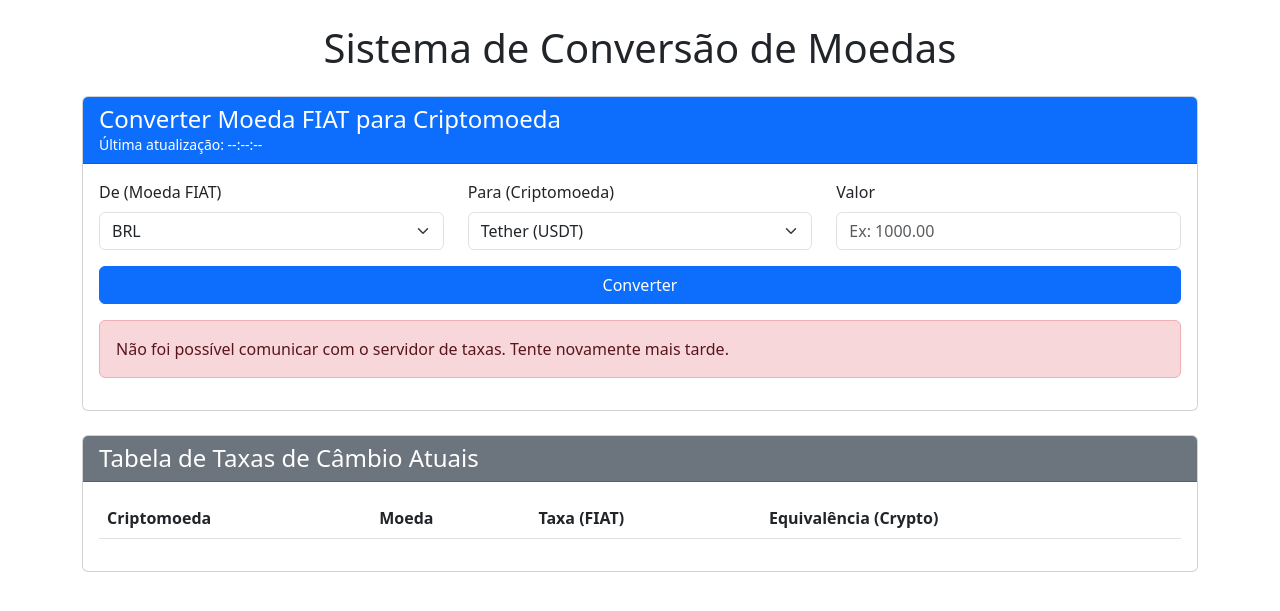
Repository: victorvilanova/crypto-convert-system
Page: index.html
The author's editor kept a copy of each file at every save. The page is drawn from the files as they stood at one save, then again after the next save.
The browser window is 1280 px wide. The pictures show the whole page.
The page's requests for data from a server got no answer.

Above is the page before, as saved 2025-04-10 18:53:12.

### index.html
<!DOCTYPE html>
<html lang="pt-br">
  <head>
    <meta charset="UTF-8" />
    <meta name="viewport" content="width=device-width, initial-scale=1.0" />
    <title>Sistema de Conversão FIAT para Criptomoedas</title>
    <link
      href="https://cdn.jsdelivr.net/npm/bootstrap@5.3.0/dist/css/bootstrap.min.css"
      rel="stylesheet"
    />
    <link rel="stylesheet" href="assets/css/style.css" />
  </head>
  <body>
    <div class="container mt-4">
      <div class="row">
        <div class="col-md-12">
          <h1 class="text-center mb-4">Sistema de Conversão de Moedas</h1>
          <div class="card mb-4">
            <div class="card-header bg-primary text-white">
              <h2 class="h4 mb-0">Converter Moeda FIAT para Criptomoeda</h2>
              <div class="small">
                Última atualização: <span id="lastUpdate">--:--:--</span>
              </div>
            </div>
            <div class="card-body">
              <form id="converterForm">
                <div class="row mb-3">
                  <div class="col-md-4">
                    <label for="fromCurrency" class="form-label"
                      >De (Moeda FIAT)</label
                    >
                    <select id="fromCurrency" class="form-select" required>
                      <!-- Opções serão preenchidas pelo JavaScript -->
                    </select>
                  </div>
                  <div class="col-md-4">
                    <label for="toCrypto" class="form-label"
                      >Para (Criptomoeda)</label
                    >
                    <select id="toCrypto" class="form-select" required>
                      <!-- Opções serão preenchidas pelo JavaScript -->
                    </select>
                  </div>
                  <div class="col-md-4">
                    <label for="amount" class="form-label">Valor</label>
                    <input
                      type="number"
                      id="amount"
                      class="form-control"
                      step="0.01"
                      min="0.01"
                      required
                      placeholder="Ex: 1000.00"
                    />
                  </div>
                </div>
                <div class="d-grid">
                  <button type="button" id="convertBtn" class="btn btn-primary">
                    Converter
                  </button>
                </div>
              </form>

              <div id="loading" class="text-center my-3" style="display: none">
                <div class="spinner-border text-primary" role="status">
                  <span class="visually-hidden">Carregando...</span>
                </div>
                <p class="mt-2">Processando, aguarde...</p>
              </div>

              <div id="result" class="mt-3" style="display: none">
                <!-- Resultado será exibido aqui pelo JavaScript -->
              </div>

              <div id="error" class="mt-3" style="display: none">
                <!-- Erros serão exibidos aqui pelo JavaScript -->
              </div>
            </div>
          </div>

          <!-- Tabela de Taxas de Câmbio -->
          <div class="card">
            <div class="card-header bg-secondary text-white">
              <h2 class="h4 mb-0">Tabela de Taxas de Câmbio Atuais</h2>
            </div>
            <div class="card-body">
              <div class="table-responsive">
                <table class="table table-striped table-hover">
                  <thead>
                    <tr>
                      <th>Criptomoeda</th>
                      <th>Moeda</th>
                      <th>Taxa (FIAT)</th>
                      <th>Equivalência (Crypto)</th>
                    </tr>
                  </thead>
                  <tbody id="ratesTableBody">
                    <!-- Taxas serão preenchidas pelo JavaScript -->
                  </tbody>
                </table>
              </div>
            </div>
          </div>
        </div>
      </div>
    </div>

    <!-- Importando o ponto de entrada da aplicação como um módulo ES6 -->
    <script type="module" src="assets/js/app.js"></script>
  </body>
</html>

### assets/css/style.css
/*** CSS para o banner de KYC ***/
.kyc-banner {
  width: 100%;
  background-color: #fff3cd;
  border: 1px solid #ffeeba;
  margin-bottom: 20px;
  border-radius: 8px;
  box-shadow: 0 2px 8px rgba(0, 0, 0, 0.1);
  animation: fadeInDown 0.5s ease;
}

.kyc-banner-content {
  display: flex;
  align-items: center;
  padding: 16px;
  position: relative;
}

.kyc-banner-icon {
  color: #e4a11b;
  font-size: 24px;
  margin-right: 16px;
  display: flex;
  align-items: center;
  justify-content: center;
}

.kyc-banner-text {
  flex: 1;
}

.kyc-banner-text h3 {
  margin: 0 0 4px 0;
  font-size: 18px;
  color: #856404;
}

.kyc-banner-text p {
  margin: 0;
  color: #856404;
}

.btn-start-kyc-banner {
  margin-left: 16px;
  white-space: nowrap;
  background-color: #ffc107;
  border-color: #ffc107;
  color: #212529;
}

.btn-start-kyc-banner:hover {
  background-color: #e0a800;
  border-color: #d39e00;
}

.kyc-banner-close {
  position: absolute;
  top: 8px;
  right: 8px;
  background: none;
  border: none;
  color: #856404;
  font-size: 20px;
  cursor: pointer;
  padding: 0;
  line-height: 1;
}

@keyframes fadeInDown {
  from {
    opacity: 0;
    transform: translateY(-20px);
  }
  to {
    opacity: 1;
    transform: translateY(0);
  }
}

### assets/js/app.js
/**
 * app.js
 * Ponto de entrada principal da aplicação
 */
import CryptoController from './controllers/CryptoController.js';

// Inicializa a aplicação quando o DOM estiver carregado
document.addEventListener('DOMContentLoaded', () => {
  // Cria e inicializa o controlador principal
  const cryptoApp = new CryptoController();

  // Inicializa a aplicação
  cryptoApp.init();

  // Armazena a instância do controlador no objeto window para depuração (opcional)
  window.cryptoApp = cryptoApp;

  console.log('Crypto Convert System inicializado com sucesso!');
});

### assets/js/models/CryptoModel.js
/**
 * CryptoModel.js
 * Responsável por gerenciar os dados de criptomoedas e fazer chamadas à API
 */
import CacheManager from '../utils/CacheManager.js';
import ErrorHandler from '../utils/ErrorHandler.js';
import Validator from '../utils/Validator.js';

export default class CryptoModel {
  constructor() {
    this.rates = {};
    this.apiKey = '12345ABCDE'; // Idealmente, isso deveria ser obtido de um arquivo de configuração seguro
    this.baseUrl = 'https://api.coingecko.com/api/v3';
    this.supportedCurrencies = ['USD', 'EUR', 'BRL', 'GBP', 'JPY'];
    this.supportedCryptos = ['tether', 'bitcoin', 'ethereum', 'litecoin', 'ripple', 'cardano'];
    this.defaultCurrency = 'BRL';
    this.defaultCrypto = 'tether';

    // Instâncias dos utilitários
    this.cacheManager = new CacheManager(15); // TTL de 15 minutos
    this.errorHandler = new ErrorHandler();

    // Chave para cache de taxas
    this.ratesCacheKey = 'current_rates';
  }

  /**
   * Busca as taxas de câmbio atualizadas da API
   * @returns {Promise} Promise com as taxas de câmbio
   */
  async fetchRates() {
    try {
      // Verifica se temos dados em cache primeiro
      const cachedRates = this.cacheManager.getItem(this.ratesCacheKey);

      if (cachedRates) {
        this.rates = cachedRates;
        console.log('Usando taxas em cache');
        return this.rates;
      }

      // Caso não tenha cache, busca da API
      const cryptoIds = this.supportedCryptos.join(',');
      const currencies = this.supportedCurrencies.join(',').toLowerCase();

      const response = await fetch(
        `${this.baseUrl}/simple/price?ids=${cryptoIds}&vs_currencies=${currencies}`
      );

      if (!response.ok) {
        throw new Error(`API error: ${response.status}`);
      }

      const data = await response.json();
      this.rates = data;

      // Salva os dados no cache
      this.cacheManager.setItem(this.ratesCacheKey, this.rates);

      return this.rates;
    } catch (error) {
      const formattedError = this.errorHandler.handleError(error, 'fetchRates');
      throw new Error(formattedError.message);
    }
  }

  /**
   * Converte um valor de uma moeda fiduciária para uma criptomoeda
   * @param {string} fromCurrency - A moeda fiduciária de origem
   * @param {string} toCrypto - A criptomoeda de destino
   * @param {number} amount - O valor a ser convertido
   * @returns {number} O valor convertido
   */
  convert(fromCurrency, toCrypto, amount) {
    try {
      // Validação das entradas
      Validator.validateCurrencyCode(fromCurrency, this.supportedCurrencies);
      Validator.validateCurrencyCode(toCrypto, this.supportedCryptos);
      Validator.validateAmount(amount);

      if (!this.rates[toCrypto] || !this.rates[toCrypto][fromCurrency.toLowerCase()]) {
        throw new Error(`Taxa de conversão não disponível para ${fromCurrency} para ${toCrypto}`);
      }

      const rate = this.rates[toCrypto][fromCurrency.toLowerCase()];
      // A conversão de FIAT para cripto é dividindo o valor pelo rate
      return amount / rate;
    } catch (error) {
      const formattedError = this.errorHandler.handleError(error, 'convert');
      throw new Error(formattedError.message);
    }
  }

  /**
   * Retorna uma tabela com todas as taxas de conversão atuais
   * @returns {Array} Array de objetos com as taxas de conversão
   */
  getAllRates() {
    const ratesTable = [];

    this.supportedCryptos.forEach(crypto => {
      if (this.rates[crypto]) {
        this.supportedCurrencies.forEach(currency => {
          const rate = this.rates[crypto][currency.toLowerCase()];
          if (rate) {
            ratesTable.push({
              crypto: crypto,
              currency: currency,
              rate: rate
            });
          }
        });
      }
    });

    return ratesTable;
  }

  /**
   * Obtém as criptomoedas suportadas
   * @returns {string[]} Array de criptomoedas suportadas
   */
  getSupportedCryptos() {
    return this.supportedCryptos;
  }

  /**
   * Obtém as moedas fiduciárias suportadas
   * @returns {string[]} Array de moedas suportadas
   */
  getSupportedCurrencies() {
    return this.supportedCurrencies;
  }

  /**
   * Obtém a moeda fiduciária padrão
   * @returns {string} Moeda padrão
   */
  getDefaultCurrency() {
    return this.defaultCurrency;
  }

  /**
   * Obtém a criptomoeda padrão
   * @returns {string} Criptomoeda padrão
   */
  getDefaultCrypto() {
    return this.defaultCrypto;
  }

  /**
   * Limpa o cache de taxas para forçar uma atualização
   */
  clearRatesCache() {
    this.cacheManager.removeItem(this.ratesCacheKey);
  }
}

### assets/js/utils/PerformanceUtils.js
/**
 * PerformanceUtils.js
 * Utilitários para melhorar a performance da aplicação
 */
export default class PerformanceUtils {
  /**
   * Implementa função de debounce para limitar a frequência de execução
   * @param {Function} func - Função a ser executada
   * @param {number} wait - Tempo de espera em ms
   * @param {boolean} immediate - Se verdadeiro, executa no início em vez do final
   * @returns {Function} Função com debounce
   */
  static debounce(func, wait = 300, immediate = false) {
    let timeout;

    return function() {
      const context = this;
      const args = arguments;

      const later = function() {
        timeout = null;
        if (!immediate) func.apply(context, args);
      };

      const callNow = immediate && !timeout;
      clearTimeout(timeout);
      timeout = setTimeout(later, wait);

      if (callNow) func.apply(context, args);
    };
  }

  /**
   * Implementa função de throttle para limitar a frequência de execução
   * @param {Function} func - Função a ser executada
   * @param {number} limit - Limite de tempo em ms
   * @returns {Function} Função com throttle
   */
  static throttle(func, limit = 300) {
    let inThrottle;

    return function() {
      const args = arguments;
      const context = this;

      if (!inThrottle) {
        func.apply(context, args);
        inThrottle = true;
        setTimeout(() => inThrottle = false, limit);
      }
    };
  }

  /**
   * Detecta se a aplicação está rodando em um dispositivo com baixo poder de processamento
   * @returns {boolean} Verdadeiro se for um dispositivo de baixo desempenho
   */
  static isLowPowerDevice() {
    // Verificação básica baseada em características do hardware e navegador
    const maxTouchPoints = navigator.maxTouchPoints || 0;
    const memory = navigator.deviceMemory || 4; // Padrão é 4GB se não disponível
    const cpuCores = navigator.hardwareConcurrency || 4; // Padrão é 4 cores
    const isMobile = /Android|webOS|iPhone|iPad|iPod|BlackBerry|IEMobile|Opera Mini/i.test(navigator.userAgent);

    // Considera um dispositivo de baixa potência se for mobile e tiver recursos limitados
    return isMobile && (memory < 4 || cpuCores < 4);
  }

  /**
   * Ajusta a frequência de atualizações com base nas capacidades do dispositivo
   * @returns {number} Intervalo recomendado em milissegundos
   */
  static getRecommendedUpdateInterval() {
    const isLowPower = this.isLowPowerDevice();

    // Em dispositivos de baixa potência, atualizamos com menos frequência
    return isLowPower ? 3 * 60 * 1000 : 60 * 1000; // 3 minutos vs 1 minuto
  }
}

### assets/js/utils/CacheManager.js
/**
 * CacheManager.js
 * Utilitário para gerenciar cache de dados
 */
export default class CacheManager {
  constructor(ttlInMinutes = 10) {
    this.cacheKeyPrefix = 'crypto_convert_';
    this.defaultTtl = ttlInMinutes * 60 * 1000; // Convertendo minutos para milissegundos
  }

  /**
   * Salva dados no cache
   * @param {string} key - Chave para o item no cache
   * @param {any} data - Dados a serem armazenados
   * @param {number} ttl - Tempo de vida em ms (opcional)
   */
  setItem(key, data, ttl = this.defaultTtl) {
    const cacheItem = {
      data: data,
      expiry: Date.now() + ttl,
      timestamp: Date.now()
    };

    try {
      localStorage.setItem(this.cacheKeyPrefix + key, JSON.stringify(cacheItem));
      return true;
    } catch (error) {
      console.warn('Erro ao armazenar no cache:', error);
      return false;
    }
  }

  /**
   * Recupera dados do cache
   * @param {string} key - Chave do item no cache
   * @returns {any} Dados armazenados ou null se expirado ou não encontrado
   */
  getItem(key) {
    try {
      const cachedItem = localStorage.getItem(this.cacheKeyPrefix + key);

      if (!cachedItem) {
        return null;
      }

      const item = JSON.parse(cachedItem);

      // Verifica se o item expirou
      if (item.expiry < Date.now()) {
        this.removeItem(key);
        return null;
      }

      return item.data;
    } catch (error) {
      console.warn('Erro ao recuperar do cache:', error);
      return null;
    }
  }

  /**
   * Remove um item do cache
   * @param {string} key - Chave do item a ser removido
   */
  removeItem(key) {
    try {
      localStorage.removeItem(this.cacheKeyPrefix + key);
    } catch (error) {
      console.warn('Erro ao remover item do cache:', error);
    }
  }

  /**
   * Limpa todos os itens de cache da aplicação
   */
  clearCache() {
    try {
      // Remove apenas itens que pertencem a esta aplicação
      Object.keys(localStorage).forEach(key => {
        if (key.startsWith(this.cacheKeyPrefix)) {
          localStorage.removeItem(key);
        }
      });
    } catch (error) {
      console.warn('Erro ao limpar cache:', error);
    }
  }

  /**
   * Verifica a idade dos dados em cache
   * @param {string} key - Chave do item no cache
   * @returns {number} Idade em minutos ou -1 se não encontrado
   */
  getItemAge(key) {
    try {
      const cachedItem = localStorage.getItem(this.cacheKeyPrefix + key);

      if (!cachedItem) {
        return -1;
      }

      const item = JSON.parse(cachedItem);
      const ageInMs = Date.now() - item.timestamp;

      // Retorna idade em minutos
      return Math.floor(ageInMs / (60 * 1000));
    } catch (error) {
      return -1;
    }
  }
}

### assets/js/utils/ErrorHandler.js
/**
 * ErrorHandler.js
 * Utilitário para gerenciar erros da aplicação
 */
export default class ErrorHandler {
  constructor() {
    this.errorTypes = {
      API_ERROR: 'api_error',
      VALIDATION_ERROR: 'validation_error',
      CONVERSION_ERROR: 'conversion_error',
      NETWORK_ERROR: 'network_error',
      UNKNOWN_ERROR: 'unknown_error'
    };
  }

  /**
   * Processa um erro e retorna um objeto de erro formatado
   * @param {Error} error - O erro original
   * @param {string} context - O contexto onde o erro ocorreu
   * @returns {Object} Objeto de erro formatado
   */
  handleError(error, context = '') {
    // Determina o tipo de erro
    const errorType = this.determineErrorType(error);

    // Registra erro no console com informações adicionais
    console.error(`[${context}] ${errorType}:`, error);

    // Retorna um objeto de erro formatado e amigável
    return {
      type: errorType,
      message: this.getUserFriendlyMessage(error, errorType),
      originalError: error,
      timestamp: new Date()
    };
  }

  /**
   * Determina o tipo de erro
   * @param {Error} error - O erro a ser analisado
   * @returns {string} O tipo de erro
   */
  determineErrorType(error) {
    const { errorTypes } = this;

    if (!navigator.onLine) {
      return errorTypes.NETWORK_ERROR;
    }

    if (error.message.includes('API error') || error.message.includes('fetch')) {
      return errorTypes.API_ERROR;
    }

    if (error.message.includes('conversão') || error.message.includes('taxa')) {
      return errorTypes.CONVERSION_ERROR;
    }

    if (error.message.includes('válido') || error.message.includes('informe')) {
      return errorTypes.VALIDATION_ERROR;
    }

    return errorTypes.UNKNOWN_ERROR;
  }

  /**
   * Obtém uma mensagem de erro amigável para o usuário
   * @param {Error} error - O erro original
   * @param {string} errorType - O tipo de erro
   * @returns {string} Mensagem de erro amigável
   */
  getUserFriendlyMessage(error, errorType) {
    const { errorTypes } = this;

    const errorMessages = {
      [errorTypes.API_ERROR]: 'Não foi possível comunicar com o servidor de taxas. Tente novamente mais tarde.',
      [errorTypes.VALIDATION_ERROR]: error.message,
      [errorTypes.CONVERSION_ERROR]: 'Não foi possível realizar a conversão com os valores informados.',
      [errorTypes.NETWORK_ERROR]: 'Você parece estar offline. Verifique sua conexão com a internet.',
      [errorTypes.UNKNOWN_ERROR]: 'Ocorreu um erro inesperado. Por favor, tente novamente.'
    };

    return errorMessages[errorType] || error.message;
  }
}

### assets/js/utils/Validator.js
/**
 * Validator.js
 * Utilitário para validação de entradas do usuário
 */
export default class Validator {
  /**
   * Valida um valor de conversão
   * @param {number} amount - Valor a ser validado
   * @throws {Error} Se o valor for inválido
   */
  static validateAmount(amount) {
    // Verifica se é um número
    if (isNaN(amount)) {
      throw new Error('O valor precisa ser um número válido');
    }

    // Verifica valor positivo
    if (amount <= 0) {
      throw new Error('O valor precisa ser maior que zero');
    }

    // Verifica valor máximo para evitar problemas
    if (amount > 1000000000) {
      throw new Error('O valor é muito alto para conversão');
    }

    return true;
  }

  /**
   * Sanitiza uma string para evitar XSS
   * @param {string} input - String para sanitizar
   * @returns {string} String sanitizada
   */
  static sanitizeString(input) {
    if (typeof input !== 'string') {
      return '';
    }

    // Remove tags HTML e caracteres potencialmente perigosos
    return input
      .replace(/</g, '&lt;')
      .replace(/>/g, '&gt;')
      .replace(/"/g, '&quot;')
      .replace(/'/g, '&#39;')
      .replace(/`/g, '&#96;')
      .replace(/\$/g, '&#36;');
  }

  /**
   * Valida uma moeda ou criptomoeda
   * @param {string} code - Código da moeda/cripto
   * @param {string[]} allowedValues - Valores permitidos
   * @throws {Error} Se o código for inválido
   */
  static validateCurrencyCode(code, allowedValues) {
    // Verifica se é string
    if (typeof code !== 'string') {
      throw new Error('Código de moeda inválido');
    }

    // Sanitiza o código
    const sanitizedCode = this.sanitizeString(code);

    // Verifica se está na lista de valores permitidos
    if (!allowedValues.includes(sanitizedCode)) {
      throw new Error(`Moeda "${sanitizedCode}" não é suportada`);
    }

    return true;
  }
}

Loaded but not shown: assets/js/views/CryptoView.js (285 lines, source omitted); assets/js/controllers/CryptoController.js (205 lines, source omitted)

After the next save:
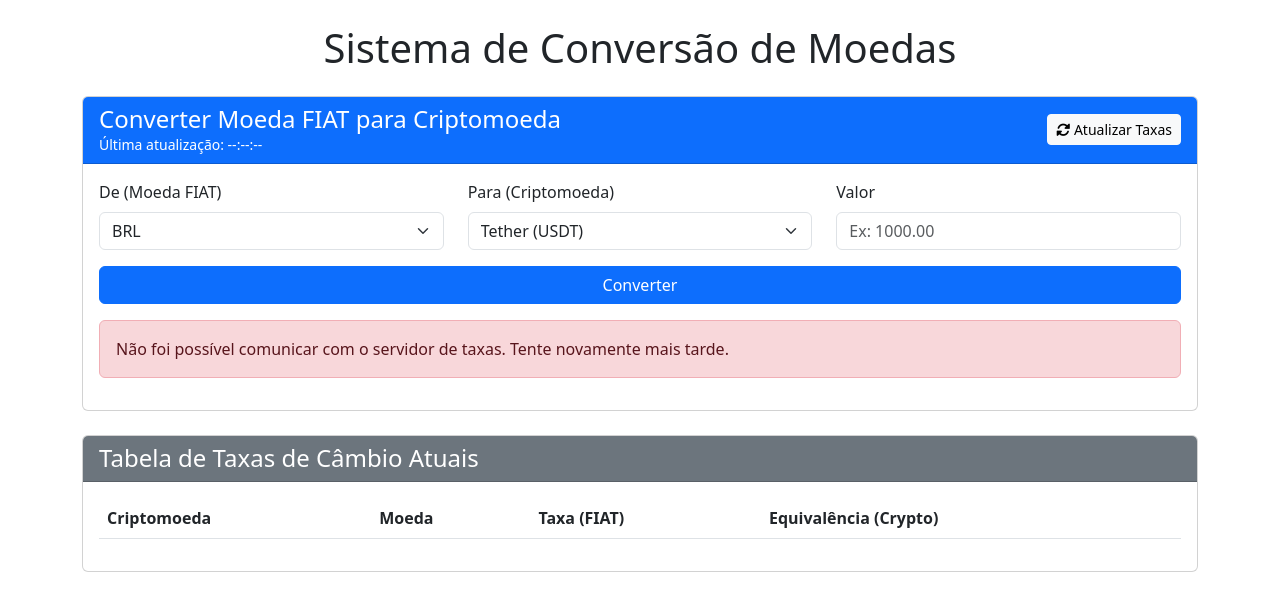
Saved 34 s later.
--- a/index.html
+++ b/index.html
@@ -11,16 +11,29 @@
     <link rel="stylesheet" href="assets/css/style.css" />
   </head>
   <body>
+    <div id="offlineAlert" class="alert alert-warning sticky-top" style="display: none;">
+      <strong>Você está offline!</strong> Os dados de taxas podem estar desatualizados.
+    </div>
+
     <div class="container mt-4">
       <div class="row">
         <div class="col-md-12">
           <h1 class="text-center mb-4">Sistema de Conversão de Moedas</h1>
+
+          <!-- Área de mensagens temporárias -->
+          <div id="message" class="mb-3" style="display: none;"></div>
+
           <div class="card mb-4">
-            <div class="card-header bg-primary text-white">
-              <h2 class="h4 mb-0">Converter Moeda FIAT para Criptomoeda</h2>
-              <div class="small">
-                Última atualização: <span id="lastUpdate">--:--:--</span>
+            <div class="card-header bg-primary text-white d-flex justify-content-between align-items-center">
+              <div>
+                <h2 class="h4 mb-0">Converter Moeda FIAT para Criptomoeda</h2>
+                <div class="small">
+                  Última atualização: <span id="lastUpdate">--:--:--</span>
+                </div>
               </div>
+              <button id="forceUpdateBtn" class="btn btn-sm btn-light">
+                <i class="fas fa-sync-alt"></i> Atualizar Taxas
+              </button>
             </div>
             <div class="card-body">
               <form id="converterForm">
@@ -105,6 +118,9 @@
       </div>
     </div>
 
+    <!-- Font Awesome para ícones -->
+    <link rel="stylesheet" href="https://cdnjs.cloudflare.com/ajax/libs/font-awesome/6.0.0-beta3/css/all.min.css">
+
     <!-- Importando o ponto de entrada da aplicação como um módulo ES6 -->
     <script type="module" src="assets/js/app.js"></script>
   </body>
